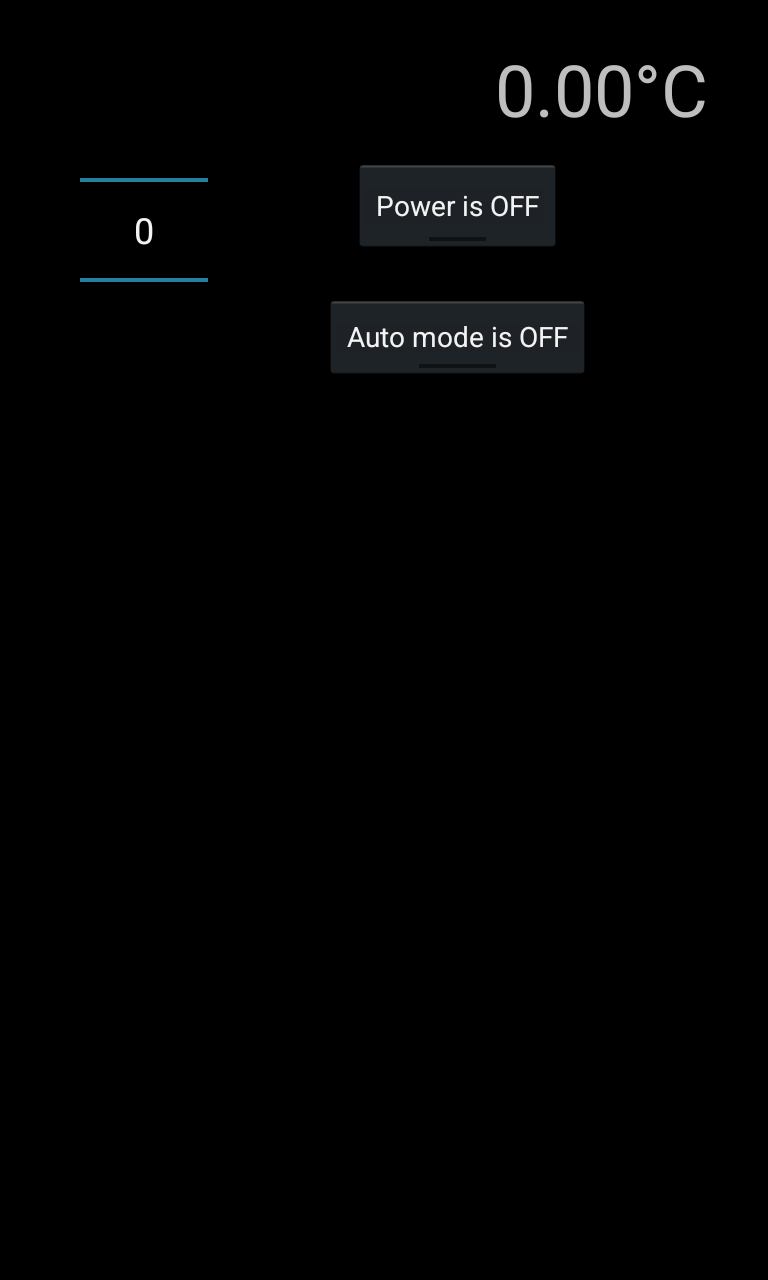
Repository: deanzaka/Embedded-Freezmo
Layout: Embedded-Freezmo/applications/IOIOSimpleApp/res/layout/main.xml
An editor plug-in stored every save of this project. The layout is shown before and after the next save, followed by the edit.
It is drawn on a 768 x 1280 px phone screen (xhdpi) without system bars, with theme android:Theme.Holo; the app's code is not run.

Above is the layout before, as saved 2014-06-11 22:48:44.

After the next save:
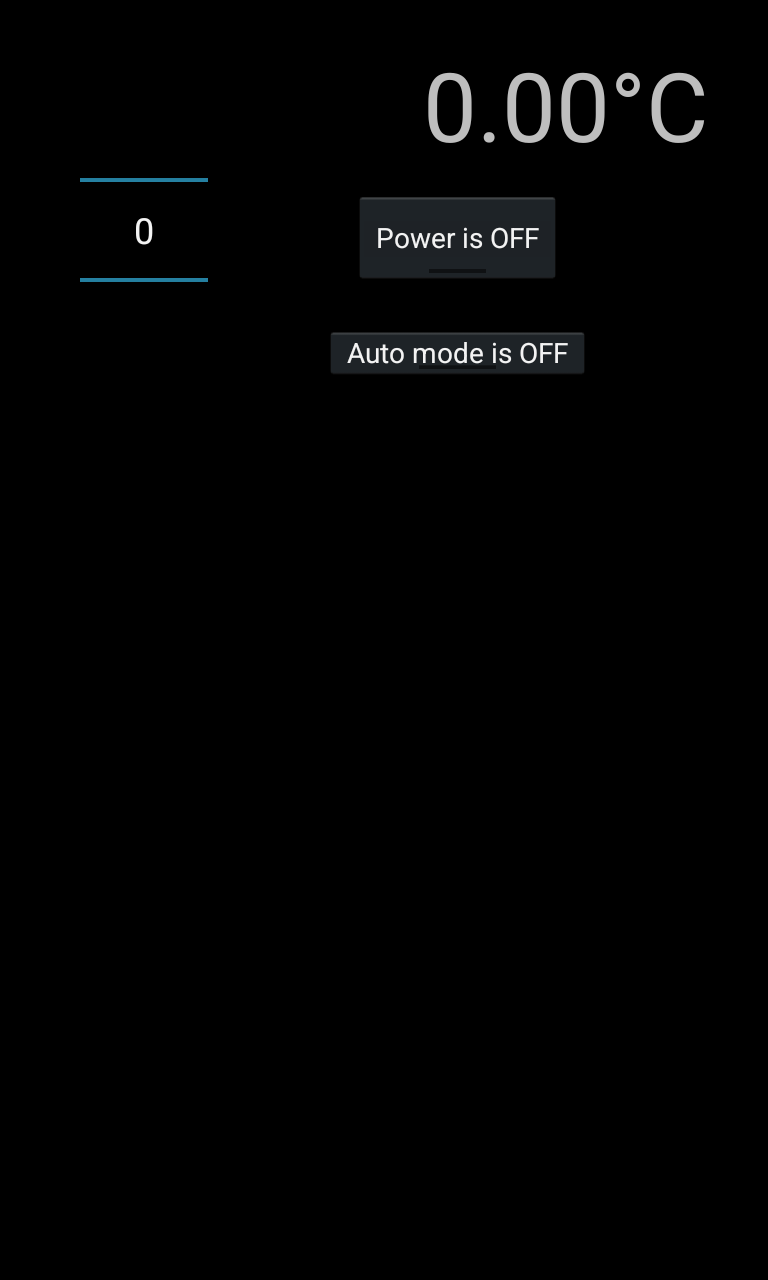
Saved 25 s later.
--- a/Embedded-Freezmo/applications/IOIOSimpleApp/res/layout/main.xml
+++ b/Embedded-Freezmo/applications/IOIOSimpleApp/res/layout/main.xml
@@ -37,7 +37,7 @@
 					    android:layout_height="wrap_content"
 					    android:layout_alignParentRight="true"
 					    android:text="°C"
-					    android:textSize="36sp" />
+					    android:textSize="48sp" />
 
                     <TextView
 					    android:id="@+id/TextView"
@@ -45,7 +45,7 @@
 					    android:layout_height="wrap_content"
 					    android:layout_toLeftOf="@id/Celcius"
 					    android:text="0.00"
-					    android:textSize="36sp" />
+					    android:textSize="48sp" />
 
 
 
